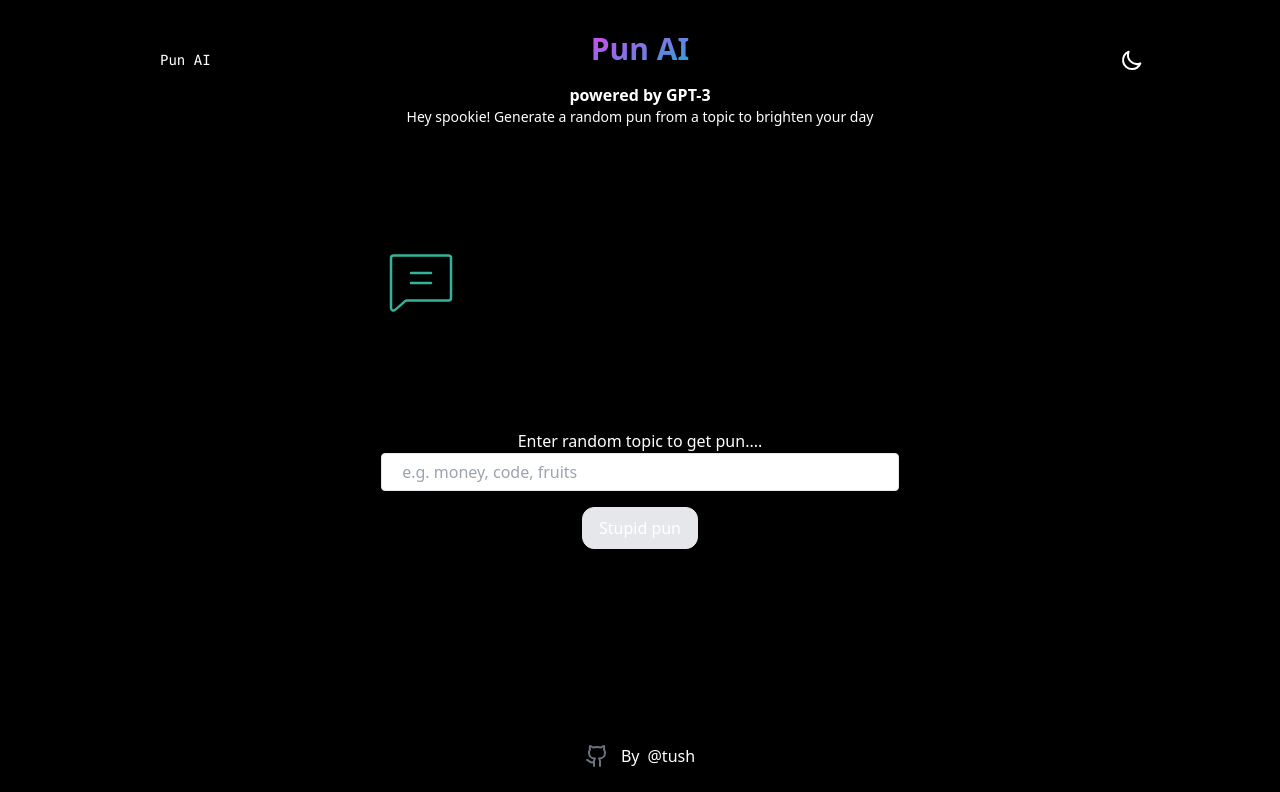
Repository: tushcmd/next-puns-ai
Page: /
These files come from the project's save history. The page is drawn as it stood at one moment and after the next save; the edit follows.
The browser window is 1280 px wide. The pictures show the whole page.
The project was rebuilt for these pictures with package versions that can differ from the ones it lists, and the page was loaded fresh each time. The framework's server and built-in components were replaced by stand-ins that run in the browser. Also part of the build but not shown: next.config.mjs, app/components/Spinner.tsx.

Above is the page before, as saved 2024-03-08 06:29:09.

### app/layout.tsx
import type { Metadata } from "next";
import { Inter } from "next/font/google";
import "./globals.css";
import { Providers } from './components/providers'

const inter = Inter({ subsets: ["latin"] });

export const metadata: Metadata = {
  title: "Create Next App",
  description: "Generated by create next app",
};

export default function RootLayout({
  children,
}: Readonly<{
  children: React.ReactNode;
}>) {
  return (
    <html lang="en">
      <body className={`bg-background text-color {inter.className} w-full overflow-y-visible overflow-x-hidden`}>
        <Providers>
          {children}
        </Providers>

      </body>
    </html>
  );
}

### app/page.tsx
import Footer from "./components/footer";
import Header from "./components/header";
import Hero from "./components/hero";



export default function Home() {

  return (
    <main className="flex min-h-screen flex-col items-center">
      <Header />
      <Hero />
      <Footer />
    </main>
  );
}



 {/* async function handleSubmit(e: FormEvent:<HTMLFormElement>) {
    return ;
  }    */}

{/*Nav*/}
{/*
      <div className="z-10 max-w-5xl w-full items-center justify-between font-mono text-sm lg:flex">
        <p className="fixed left-0 top-0 flex w-full justify-center border-b border-gray-300 bg-gradient-to-b from-zinc-200 py-2 backdrop-blur-2xl dark:border-neutral-800 dark:bg-zinc-800/30 dark:from-inherit lg:static lg:w-auto  lg:rounded-xl lg:border lg:bg-gray-200 lg:p-0 lg:dark:bg-zinc-800/30">
          Pun AI
        </p>

        <div className="fixed bottom-0 left-0 flex h-48 w-full items-end justify-center bg-gradient-to-t from-white via-white dark:from-black dark:via-black lg:static lg:h-auto lg:w-auto lg:bg-none">
          {/*<div>
            Dak
       </div>
          <a
            className="pointer-events-none flex place-items-center gap-2 p-8 lg:pointer-events-auto lg:p-0"
            href="https://tushdev.co/"
            target="_blank"
            rel="noopener noreferrer"
          >
            By{" "}
            <p>@tush</p>
          </a>
        </div>
      </div>

      <div className="relative flex flex-col place-items-center before:absolute before:h-[300px] before:w-full sm:before:w-[480px] before:-translate-x-1/2 before:rounded-full before:bg-gradient-radial before:from-white before:to-transparent before:blur-2xl before:content-[''] after:absolute after:-z-20 after:h-[180px] after:w-full sm:after:w-[240px] after:translate-x-1/3 after:bg-gradient-conic after:from-sky-200 after:via-blue-200 after:blur-2xl after:content-[''] before:dark:bg-gradient-to-br before:dark:from-transparent before:dark:to-blue-700 before:dark:opacity-10 after:dark:from-sky-900 after:dark:via-[#0141ff] after:dark:opacity-40 before:lg:h-[360px] z-[-1]">
        <p className="p-4 lg:pb-8 text-xl">
          Generate a random pun from a topic to brighten your day <br /> with Pun AI
        </p>
        <svg
          xmlns="http://www.w3.org/2000/svg"
          width="156"
          height="156"
          viewBox="0 0 24 24"
          fill="none"
          stroke="#FFFFFF"
          stroke-width="2"
          stroke-linecap="round"
          stroke-linejoin="round"
          className="lucide lucide-smile"><circle cx="12" cy="12" r="10" /><path d="M8 14s1.5 2 4 2 4-2 4-2" /><line x1="9" x2="9.01" y1="9" y2="9" /><line x1="15" x2="15.01" y1="9" y2="9"
          />
        </svg>
      </div>

      <form className="flex flex-col justify-between mb-32 text-center lg:max-w-3xl lg:w-full lg:mb-0 lg:grid-cols-4">
        <div className='w-full mb-4'>
          <label className="block items-center justify-center mb-4" htmlFor="prompt-input">
            Enter random topic to get pun...
          </label>
          <input
            className="shadow appearance-none border rounded w-full py-2 px-3 text-gray-700 leading-tight focus:outline-none focus:shadow-outline"
            id="prompt-input"
            type="text"
            placeholder="e.g. money, code, fruits">
          </input>
        </div>
        <button
          type="submit"
          className="bg-blue-500 hover:bg-blue-700 text-white font-bold py-2 px-4 rounded focus:outline-none focus:shadow-outline"
        >
          Generate Pun
        </button>
      </form> */}

### app/globals.css
@tailwind base;
@tailwind components;
@tailwind utilities;


@layer base {
  :root {
    --foreground-rgb: 255, 255, 255;
    --background-start-rgb: 0, 0, 0;
    --background-end-rgb: 0, 0, 0;
  }

  [data-theme="dark"] {
    --foreground-rgb: 0, 0, 0;
    --background-start-rgb: 214, 219, 220;
    --background-end-rgb: 255, 255, 255;
  }


}


* {
  scroll-behavior: smooth;
}


body {
  color: rgb(var(--foreground-rgb));
  background: linear-gradient(
      to bottom,
      transparent,
      rgb(var(--background-end-rgb))
    )
    rgb(var(--background-start-rgb));
}

@layer utilities {
  .text-balance {
    text-wrap: balance;
  }
}

### app/components/providers.tsx
// app/providers.jsx

'use client'

import { ThemeProvider } from 'next-themes'
import React from 'react'

interface ProvidersProps {
  children: React.ReactNode;
}

export function Providers({ children }: ProvidersProps) {
  return <ThemeProvider>{children}</ThemeProvider>
}

### app/components/footer.tsx
import Link from "next/link";


export default function Footer() {
    return (
        <div className="inline-flex p-6 max-w-3xl gap-3 items-center text-center">
            <div>
                <Link
                    href="https://github.com/#"
                    target="_blank"
                    rel="noreferrer"
                    className="text-gray-500 hover:text-gray-900 dark:text-gray-400 dark:hover:text-gray-200"
                >
                    <svg xmlns="http://www.w3.org/2000/svg" width="24" height="24" viewBox="0 0 24 24" fill="none" stroke="currentColor" stroke-width="2" stroke-linecap="round" stroke-linejoin="round" className="lucide lucide-github"><path d="M15 22v-4a4.8 4.8 0 0 0-1-3.5c3 0 6-2 6-5.5.08-1.25-.27-2.48-1-3.5.28-1.15.28-2.35 0-3.5 0 0-1 0-3 1.5-2.64-.5-5.36-.5-8 0C6 2 5 2 5 2c-.3 1.15-.3 2.35 0 3.5A5.403 5.403 0 0 0 4 9c0 3.5 3 5.5 6 5.5-.39.49-.68 1.05-.85 1.65-.17.6-.22 1.23-.15 1.85v4" /><path d="M9 18c-4.51 2-5-2-7-2" /></svg>
                </Link>
            </div>
            <Link
                className="pointer-events-none flex place-items-center gap-2 px-8 lg:pointer-events-auto lg:p-0"
                href="https://tushdev.co/"
                target="_blank"
                rel="noopener noreferrer"
            >
                By{" "}
                <p>@tush</p>
            </Link>

        </div>
    )
}

### app/components/header.tsx
import Link from "next/link";
import ThemeSwitchButton from "./ThemeSwitchButton";

export default function Header() {
    return (
        <header className="fixed flex justify-center items-center w-full t-0 md:pb-4 md:pt-4 backdrop-blur-2xl">
            <div className="flex flex-row items-center w-full py-6 md:max-w-5xl justify-between font-mono text-sm">
                <Link
                    className="px-8"
                    href='/'
                >
                    Pun AI
                </Link>

                <ThemeSwitchButton />
            </div>
        </header>


    );
}


{/*<header className = 'fixed flex justify-center items-center w-full z-50 t-0 border-gray-300 bg-gradient-to-b from-zinc-200 pb-6 pt-8 backdrop-blur-2xl dark:border-neutral-800 dark:bg-zinc-800/30 dark:from-inherit lg:static  lg:rounded-xl lg:border lg:bg-gray-200 lg:p-4 lg:dark:bg-zinc-800/30'>
            <div className="flex items-start md:max-w-5xl py-3 w-auto md:px-5 px-5 justify-start font-mono text-sm">
                <Link href='/' className=''> Pun AI</Link>
            </div>
        </header> */}

{/*} <div className="flex flex-row z-10 max-w-5xl w-full items-center justify-between font-mono text-sm">
            <p className="fixed left-0 top-0 flex items-start border-b border-gray-300 bg-gradient-to-b from-zinc-200 pb-6 pt-8 backdrop-blur-2xl dark:border-neutral-800 dark:bg-zinc-800/30 dark:from-inherit lg:static w-auto  lg:rounded-xl lg:border lg:bg-gray-200 lg:p-4 lg:dark:bg-zinc-800/30">
                Pun AI
            </p>
            <p>h2</p>
        </div> */}

### app/components/hero.tsx
'use client'

import { useState, FormEvent } from "react";
import Spinner from "./Spinner";




export default function Hero() {

    const [pun, setPun] = useState("");
    const [punLoading, setPunLoading] = useState(false);
    const [punLoadingError, setPunLoadingError] = useState(false);

    async function handleSubmit(e: FormEvent<HTMLFormElement>) {
        e.preventDefault();
        const formData = new FormData(e.target as HTMLFormElement);
        const prompt = formData.get("prompt")?.toString().trim();

        if (prompt) {
            try {
                setPun("");
                setPunLoadingError(false);
                setPunLoading(true);

                const response = await fetch("/api/cringe?prompt=" + encodeURIComponent(prompt));
                const body = await response.json();
                setPun(body.pun);
            } catch (error) {
                console.error(error);
                setPunLoadingError(true);
            } finally {
                setPunLoading(false);
            }
        }
    }



    return (
        <div className="flex flex-col relative justify-center items-center h-screen md:py-10 py-6 overflow-wrap max-w-3xl px-5">
            <p className="text-3xl font-bold pb-4 bg-gradient-to-br from-fuchsia-500 to-cyan-500 bg-clip-text text-transparent">Pun AI</p>
            <p className="text-base font-bold">powered by GPT-3</p>
            <div className="text-sm">Hey spookie! Generate a random pun from a topic to brighten your day</div>
            <div className='mx-[2rem] relative w-full flex items-center aspect-[12/7]'>
                <svg xmlns="http://www.w3.org/2000/svg" width="80" height="80" fill="#34b29b" viewBox="0 0 256 256"><path d="M216,52H40A12,12,0,0,0,28,64V224a11.89,11.89,0,0,0,6.93,10.88A12.17,12.17,0,0,0,40,236a11.89,11.89,0,0,0,7.69-2.83l.06-.06,32.14-28.17A4,4,0,0,1,82.5,204H216a12,12,0,0,0,12-12V64A12,12,0,0,0,216,52Zm4,140a4,4,0,0,1-4,4H82.5a12.1,12.1,0,0,0-7.79,2.87l-32.16,28.2A4,4,0,0,1,36,224V64a4,4,0,0,1,4-4H216a4,4,0,0,1,4,4Zm-56-80a4,4,0,0,1-4,4H96a4,4,0,0,1,0-8h64A4,4,0,0,1,164,112Zm0,32a4,4,0,0,1-4,4H96a4,4,0,0,1,0-8h64A4,4,0,0,1,164,144Z"></path></svg>
            </div>
            <form onSubmit={handleSubmit} className='flex flex-col justify-between mb-32 text-center items-center'>
                <div className='mb-4'>
                    <label
                        className="pb-8"
                    >
                        Enter random topic to get pun....
                    </label>
                    <input
                        className="shadow appearance-none border rounded w-full py-2 px-5 bg-white text-black dark:text-white leading-tight focus:outline-none focus:shadow-outline"
                        id="prompt-input"
                        type="text"
                        placeholder="e.g. money, code, fruits">
                    </input>
                </div>
                <button type='submit' className='mb-3 border static rounded-xl bg-gray-200 py-2 px-4 hover:bg-zinc-400 dark:bg-white' disabled={punLoading}>
                    Stupid pun
                </button>
            </form>

            {punLoading && <Spinner />}
            {punLoadingError && "Something went wrong. Please try again."}
            {pun && <h5>{pun}</h5>}
        </div>
    )
}

### app/components/ThemeSwitchButton.tsx
'use client'

import { useEffect, useState } from 'react';
import { useTheme } from 'next-themes';

export default function ThemeSwitchButton() {
    const [mounted, setMounted] = useState(false);
    const { resolvedTheme, setTheme } = useTheme();
    // After mounting, we have access to the theme
    useEffect(() => setMounted(true), []);

    return (

        <button
            aria-label="Toggle Dark Mode"
            type="button"
            className="w-10 h-10  flex items-center justify-center hover:bg-neutral-200 hover:dark:bg-neutral-600 rounded-full transition-all"
            onClick={() =>
                setTheme(resolvedTheme === "dark" ? "light" : "dark")
            }
        >
            {mounted && (
                <svg xmlns="http://www.w3.org/2000/svg"
                    fill="none"
                    viewBox="0 0 24 24"
                    strokeWidth="1.5"
                    stroke="currentColor"
                    className="w-6 h-6 switch">

                    {resolvedTheme === "dark" ? (
                        <path
                            strokeLinecap="round"
                            strokeLinejoin="round"
                            strokeWidth={2}
                            d="M12 3v1m0 16v1m9-9h-1M4 12H3m15.364 6.364l-.707-.707M6.343 6.343l-.707-.707m12.728 0l-.707.707M6.343 17.657l-.707.707M16 12a4 4 0 11-8 0 4 4 0 018 0z"
                        />

                    ) : (
                        <path
                            strokeLinecap="round"
                            strokeLinejoin="round"
                            strokeWidth={2}
                            d="M20.354 15.354A9 9 0 018.646 3.646 9.003 9.003 0 0012 21a9.003 9.003 0 008.354-5.646z"
                        />

                    )}
                </svg>
            )
            }
        </button >

    )
}

### tailwind.config.ts
import type { Config } from "tailwindcss";

const config: Config = {
  darkMode: "class",
  content: [
    "./pages/**/*.{js,ts,jsx,tsx,mdx}",
    "./components/**/*.{js,ts,jsx,tsx,mdx}",
    "./app/**/*.{js,ts,jsx,tsx,mdx}",
  ],
  theme: {
    extend: {
      backgroundImage: {
        "gradient-radial": "radial-gradient(var(--tw-gradient-stops))",
        "gradient-conic":
          "conic-gradient(from 180deg at 50% 50%, var(--tw-gradient-stops))",
      },

      screens: {
        sm: '480px',
        md: '768px',
        lg: '976px',
        xl: '1440px',
      },
    },
  },
  plugins: [],
};
export default config;

After the next save:
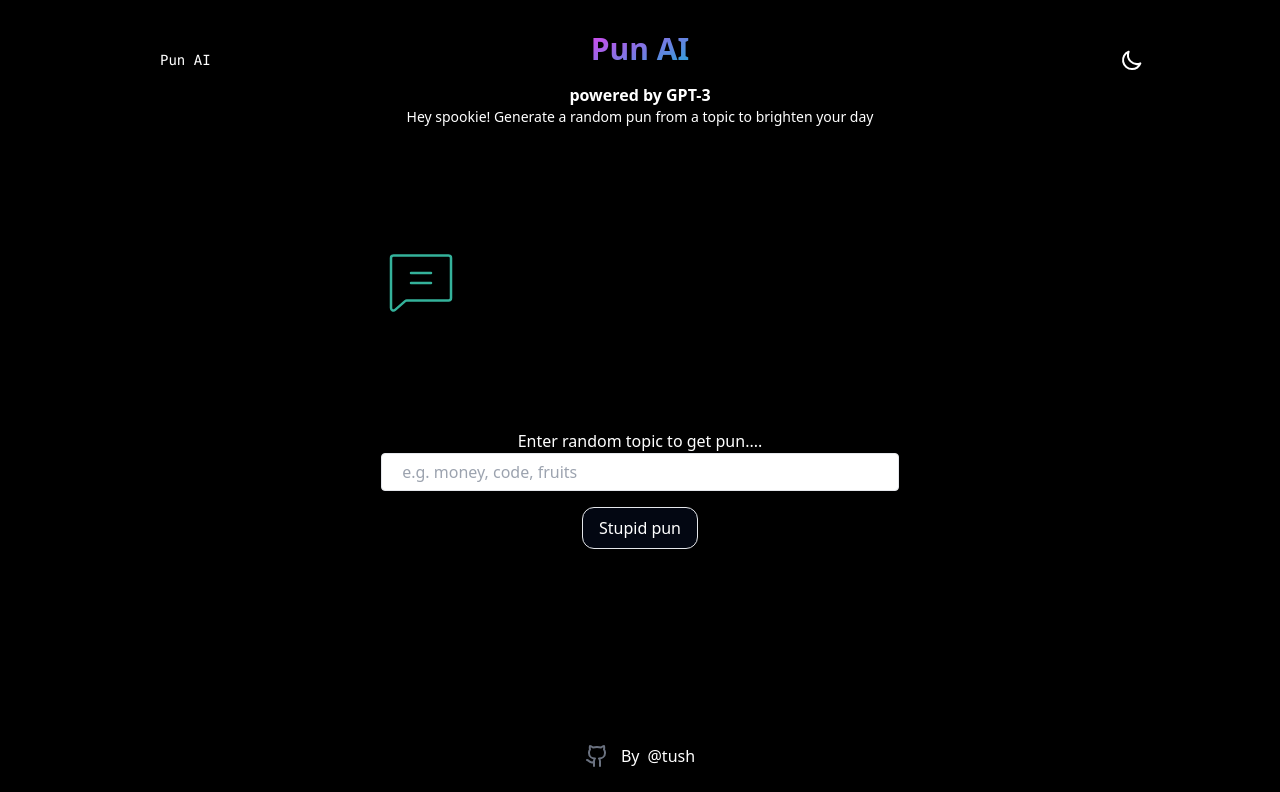
Saved 67 s later.
--- a/app/components/hero.tsx
+++ b/app/components/hero.tsx
@@ -59,7 +59,7 @@
                         placeholder="e.g. money, code, fruits">
                     </input>
                 </div>
-                <button type='submit' className='mb-3 border static rounded-xl bg-gray-200 py-2 px-4 hover:bg-zinc-400 dark:bg-white' disabled={punLoading}>
+                <button type='submit' className='mb-3 border static rounded-xl bg-gray-950 py-2 px-4 hover:bg-zinc-400 dark:bg-white' disabled={punLoading}>
                     Stupid pun
                 </button>
             </form>
